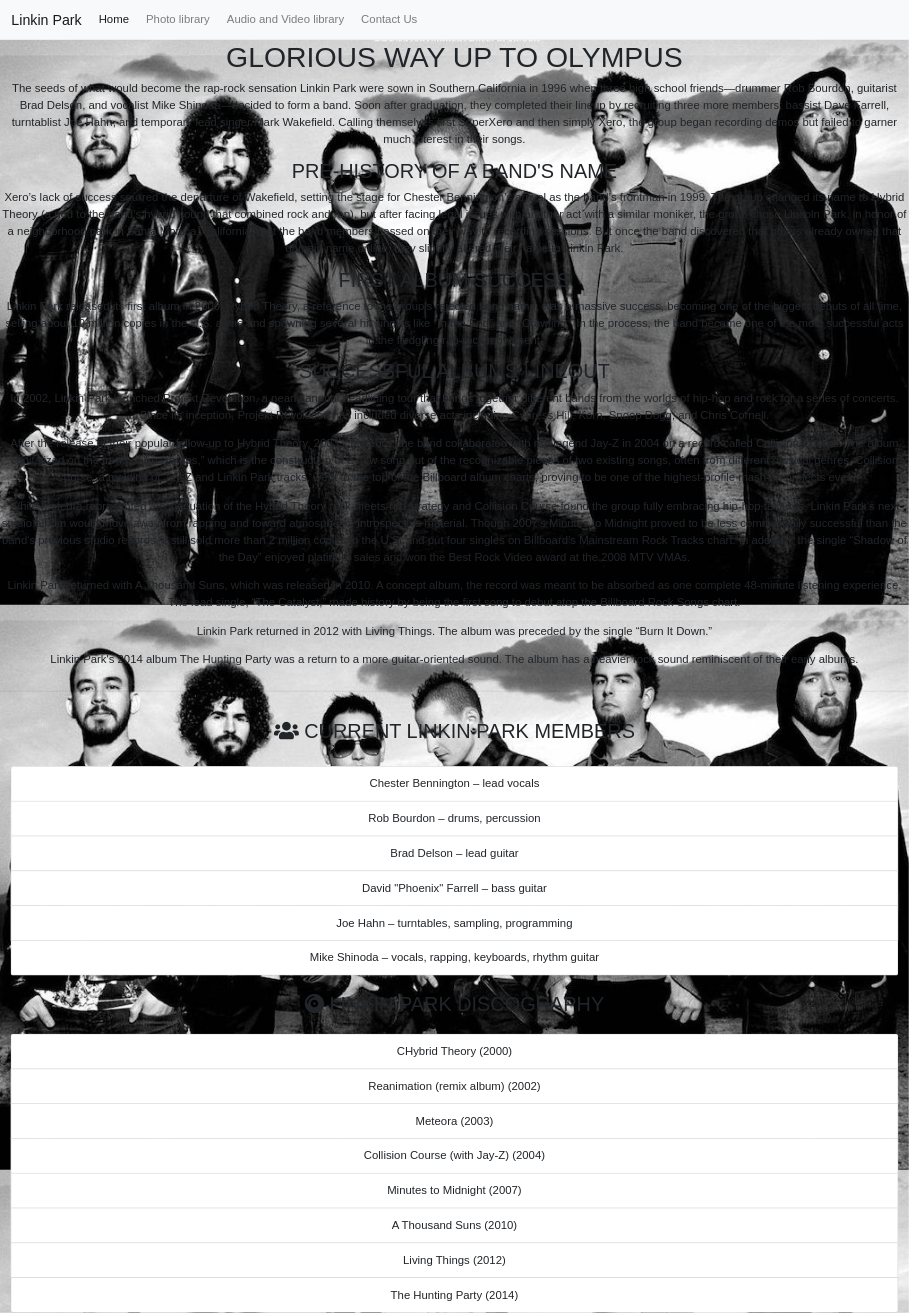
Repository: vaida898/website
Page: index.html
The author's editor kept a record of every edit. The page is drawn from the files as they stood at one moment, then again after the next edit.
The browser window is 1280 px wide. The page is 1295 px wide, so the pictures cover 1295 px, including what lies to the right of the window. The pictures show the whole page, at 71% of full size.
Backgrounds fixed to the window are drawn as part of the page. Some web libraries are served in a nearby version.

Above is the page before.
Console error: TypeError: Cannot read properties of undefined (reading 'fn')

### index.html
<!DOCTYPE html>
<html lang="en">

<head>
    <meta charset="UTF-8">
    <meta name="viewport" content="width=device-width, initial-scale=1.0">
    <meta http-equiv="X-UA-Compatible" content="ie=edge">
    <title>LinkinPark website</title>

    <link rel="stylesheet" href="https://stackpath.bootstrapcdn.com/bootstrap/4.3.1/css/bootstrap.min.css" integrity="sha384-ggOyR0iXCbMQv3Xipma34MD+dH/1fQ784/j6cY/iJTQUOhcWr7x9JvoRxT2MZw1T" crossorigin="anonymous">
    <script src="https://stackpath.bootstrapcdn.com/bootstrap/4.3.1/js/bootstrap.min.js" integrity="sha384-JjSmVgyd0p3pXB1rRibZUAYoIIy6OrQ6VrjIEaFf/nJGzIxFDsf4x0xIM+B07jRM" crossorigin="anonymous"></script>
    <link rel="stylesheet" href="https://use.fontawesome.com/releases/v5.6.1/css/all.css" integrity="sha384-gfdkjb5BdAXd+lj+gudLWI+BXq4IuLW5IT+brZEZsLFm++aCMlF1V92rMkPaX4PP" crossorigin="anonymous">
    <link href="https://fonts.googleapis.com/css?family=Open+Sans:400,700&display=swap" rel="stylesheet"> <!-- Google font "Ubuntu" -->
    <link rel="stylesheet" href="css/style.css" type="text/css" />

</head>

<body>

    <!-- Navigation bar -->

    <nav class="navbar navbar-light bg-light navbar-expand-sm">
        <a href="/" class="navbar-brand">Linkin Park</a>

        <button class="navbar-toggler ml-auto" type="button" data-toggle="collapse" data-target="#navbarNavDropdown" aria-controls="navbarNavDropdown" aria-expanded="false" aria-label="Toggle navigation">
        <span class="navbar-toggler-icon"></span></button>

        <div class="collapse navbar-collapse" id="navbarNavDropdown">
            <ul class="navbar-nav mr-auto">
                <li class="active nav-item mr-2"><a class="nav-link" href="/">Home</a></li>
                <li class="nav-item mr-2"><a class="nav-link" href="/Photo library">Photo library</a></li>
                <li class="nav-item mr-2"><a class="nav-link" href="/Audio and Video library">Audio and Video library</a></li>
                <li class="nav-item mr-2"><a class="nav-link" href="/Contact Us">Contact Us</a></li>
            </ul>
        </div>
    </nav>

    <div class="history-container">
        <div class="row">
            <div class="col-12">
                <section class="About Us text-center">
                    <h1 class="text-uppercase">Glorious way up to olympus</h1>
                    <p>The seeds of what would become the rap-rock sensation Linkin Park were sown in Southern California in 1996 when three high school friends—drummer Rob Bourdon, guitarist Brad Delson, and vocalist Mike Shinoda—decided to form a band.
                        Soon after graduation, they completed their lineup by recruiting three more members: bassist Dave Farrell, turntablist Joe Hahn, and temporary lead singer Mark Wakefield. Calling themselves first SuperXero and then simply Xero,
                        the group began recording demos but failed to garner much interest in their songs.</p>

                    <h3 class="text-uppercase">Pre-history of a band's name</h3>
                    <p>Xero’s lack of success spurred the departure of Wakefield, setting the stage for Chester Bennington’s arrival as the band’s frontman in 1999. The group changed its name to Hybrid Theory (a nod to the band’s hybrid sound that combined
                        rock and rap), but after facing legal issues with another act with a similar moniker, the group chose Lincoln Park, in honor of a neighborhood park in Santa Monica, California, that the band members passed on their way to recording
                        sessions. But once the band discovered that others already owned that domain name online, they slightly altered their name to Linkin Park.</p>

                    <h3 class="text-uppercase">First Album success</h3>
                    <p>Linkin Park released its first album in 2000. Hybrid Theory, a reference to the group’s rejected band name, was a massive success, becoming one of the biggest debuts of all time, selling about 10 million copies in the U.S. alone and
                        spawning several hit singles like “In the End” and “Crawling.” In the process, the band became one of the most successful acts in the fledgling rap-rock movement.</p>

                    <h3 class="text-uppercase">Successful albums lineout</h3>
                    <p>In 2002, Linkin Park launched Projekt Revolution, a nearly annual headlining tour that brings together different bands from the worlds of hip-hop and rock for a series of concerts. Since its inception, Projekt Revolution has included
                        diverse acts including Cypress Hill, Korn, Snoop Dogg, and Chris Cornell.</p>

                    <p>After the release of their popular follow-up to Hybrid Theory, 2003’s Meteora, the band collaborated with rap legend Jay-Z in 2004 on a record called Collision Course. The album capitalized on the trend of “mash-ups,” which is the
                        construction of a new song out of the recognizable pieces of two existing songs, often from different musical genres. Collision Course, a melding of Jay-Z and Linkin Park tracks, went to the top of the Billboard album charts, proving
                        to be one of the highest-profile mash-up projects ever.</p>

                    <p>While Meteora represented a continuation of the Hybrid Theory rock-meets-rap strategy and Collision Course found the group fully embracing hip-hop textures, Linkin Park’s next studio album would move away from rapping and toward atmospheric,
                        introspective material. Though 2007’s Minutes to Midnight proved to be less commercially successful than the band's previous studio records, it still sold more than 2 million copies in the U.S. and put four singles on Billboard’s
                        Mainstream Rock Tracks chart. In addition, the single “Shadow of the Day” enjoyed platinum sales and won the Best Rock Video award at the 2008 MTV VMAs.</p>

                    <p>Linkin Park returned with A Thousand Suns, which was released in 2010. A concept album, the record was meant to be absorbed as one complete 48-minute listening experience. The lead single, “The Catalyst,” made history by being the
                        first song to debut atop the Billboard Rock Songs chart.</p>

                    <p>Linkin Park returned in 2012 with Living Things. The album was preceded by the single “Burn It Down.”</p>

                    <p>Linkin Park's 2014 album The Hunting Party was a return to a more guitar-oriented sound. The album has a heavier rock sound reminiscent of their early albums.</p>
                </section>
            </div>
        </div>

        <hr>


        <section class="Band members text-center">
            <div class="row">
                <div class="col-12 col-md-12 my-4">
                    <h3 class="text-uppercase"><i class="fas fa-users d-none d-sm-inline"></i> Current Linkin Park members</h3>
                </div>
            </div>
            <div class="col-12 col-md-12">
                <ul class="list-group">
                    <li class="list-group-item">Chester Bennington – lead vocals</li>
                    <li class="list-group-item">Rob Bourdon – drums, percussion</li>
                    <li class="list-group-item">Brad Delson – lead guitar</li>
                    <li class="list-group-item">David "Phoenix" Farrell – bass guitar</li>
                    <li class="list-group-item">Joe Hahn – turntables, sampling, programming</li>
                    <li class="list-group-item">Mike Shinoda – vocals, rapping, keyboards, rhythm guitar</li>
                </ul>
            </div>
        </section>

        <section class="Band discography text-center">
            <div class="col-12 col-md-12 my-4">
                <h3 class="text-uppercase"><i class="fas fa-compact-disc d-none d-sm-inline"></i> Linkin Park discography</h3>
            </div>
            <div class="col-12 col-md-12">
                <ul class="list-group">
                    <li class="list-group-item">CHybrid Theory (2000)</li>
                    <li class="list-group-item">Reanimation (remix album) (2002)</li>
                    <li class="list-group-item">Meteora (2003)</li>
                    <li class="list-group-item">Collision Course (with Jay-Z) (2004)</li>
                    <li class="list-group-item">Minutes to Midnight (2007)</li>
                    <li class="list-group-item">A Thousand Suns (2010)</li>
                    <li class="list-group-item">Living Things (2012)</li>
                    <li class="list-group-item">The Hunting Party (2014)</li>
                </ul>
            </div>
        </section>

    </article>

    <script src="https://code.jquery.com/jquery-3.3.1.slim.min.js" integrity="sha384-q8i/X+965DzO0rT7abK41JStQIAqVgRVzpbzo5smXKp4YfRvH+8abtTE1Pi6jizo" crossorigin="anonymous"></script>
    <script src="https://cdnjs.cloudflare.com/ajax/libs/popper.js/1.14.7/umd/popper.min.js" integrity="sha384-UO2eT0CpHqdSJQ6hJty5KVphtPhzWj9WO1clHTMGa3JDZwrnQq4sF86dIHNDz0W1" crossorigin="anonymous"></script>
    <script src="https://stackpath.bootstrapcdn.com/bootstrap/4.3.1/js/bootstrap.min.js" integrity="sha384-JjSmVgyd0p3pXB1rRibZUAYoIIy6OrQ6VrjIEaFf/nJGzIxFDsf4x0xIM+B07jRM" crossorigin="anonymous"></script>

</body>

</html>

### css/style.css
body {
    font-family: 'Ubuntu', sans-serif;
}

.history-container {

    background: url(../images/background.jpg) no-repeat center center fixed;
    -webkit-background-size: cover;
    -moz-background-size: cover;
    -o-background-size: cover;
    background-size: cover;
}

.members-container {}

.discography-container {}

After the next edit:
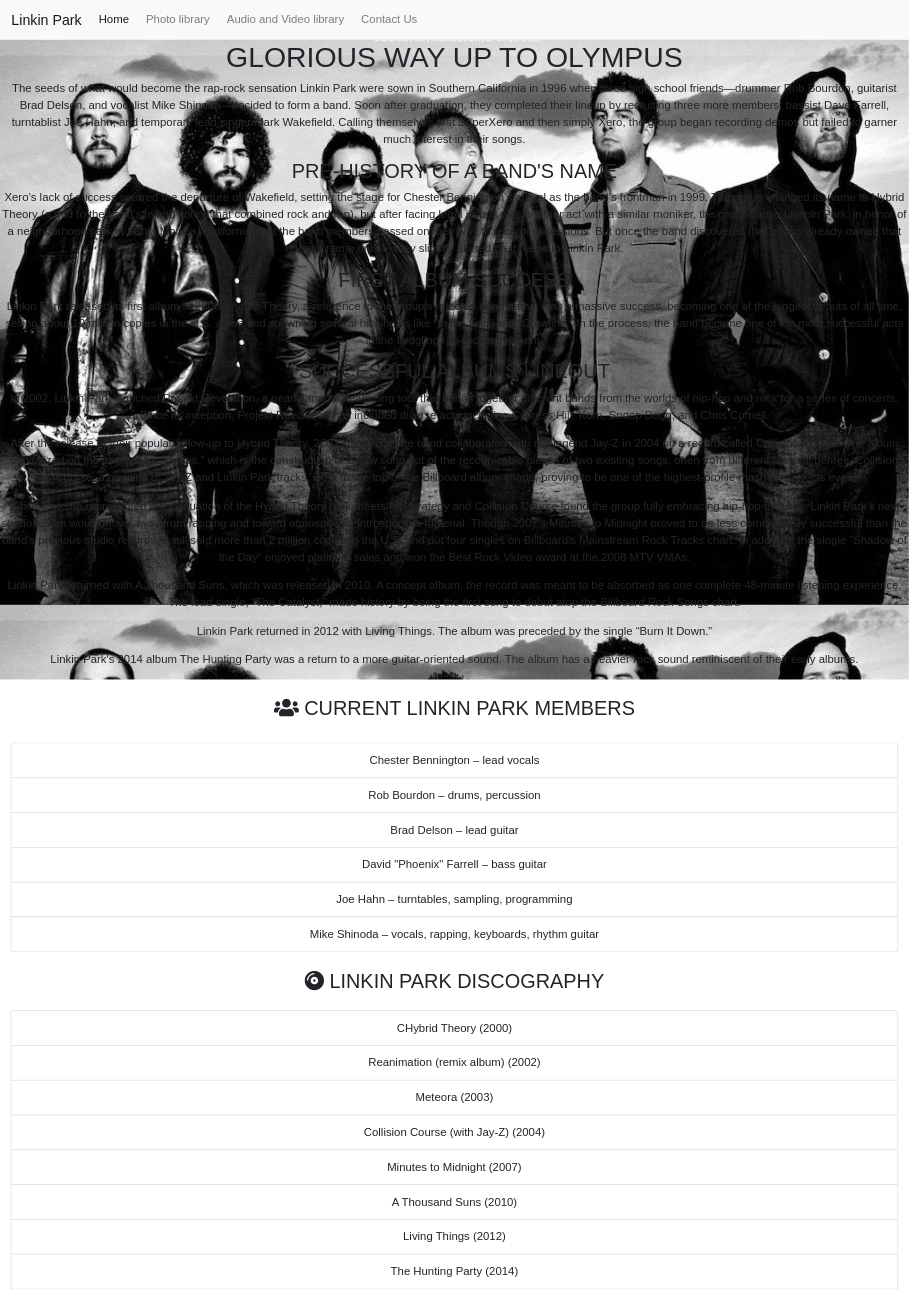
The edit:
--- a/index.html
+++ b/index.html
@@ -10,7 +10,8 @@
     <link rel="stylesheet" href="https://stackpath.bootstrapcdn.com/bootstrap/4.3.1/css/bootstrap.min.css" integrity="sha384-ggOyR0iXCbMQv3Xipma34MD+dH/1fQ784/j6cY/iJTQUOhcWr7x9JvoRxT2MZw1T" crossorigin="anonymous">
     <script src="https://stackpath.bootstrapcdn.com/bootstrap/4.3.1/js/bootstrap.min.js" integrity="sha384-JjSmVgyd0p3pXB1rRibZUAYoIIy6OrQ6VrjIEaFf/nJGzIxFDsf4x0xIM+B07jRM" crossorigin="anonymous"></script>
     <link rel="stylesheet" href="https://use.fontawesome.com/releases/v5.6.1/css/all.css" integrity="sha384-gfdkjb5BdAXd+lj+gudLWI+BXq4IuLW5IT+brZEZsLFm++aCMlF1V92rMkPaX4PP" crossorigin="anonymous">
-    <link href="https://fonts.googleapis.com/css?family=Open+Sans:400,700&display=swap" rel="stylesheet"> <!-- Google font "Ubuntu" -->
+    <link href="https://fonts.googleapis.com/css?family=Open+Sans:400,700&display=swap" rel="stylesheet">
+    <!-- Google font "Ubuntu" -->
     <link rel="stylesheet" href="css/style.css" type="text/css" />
 
 </head>
@@ -74,45 +75,44 @@
                 </section>
             </div>
         </div>
+    </div>
 
-        <hr>
+    <div class="members-container">
+    <section class="Band members text-center">
+        <div class="row">
+            <div class="col-12 col-md-12 my-4">
+                <h3 class="text-uppercase"><i class="fas fa-users d-none d-sm-inline"></i> Current Linkin Park members</h3>
+            </div>
+        </div>
+        <div class="col-12 col-md-12">
+            <ul class="list-group">
+                <li class="list-group-item">Chester Bennington – lead vocals</li>
+                <li class="list-group-item">Rob Bourdon – drums, percussion</li>
+                <li class="list-group-item">Brad Delson – lead guitar</li>
+                <li class="list-group-item">David "Phoenix" Farrell – bass guitar</li>
+                <li class="list-group-item">Joe Hahn – turntables, sampling, programming</li>
+                <li class="list-group-item">Mike Shinoda – vocals, rapping, keyboards, rhythm guitar</li>
+            </ul>
+        </div>
+    </section>
 
-
-        <section class="Band members text-center">
-            <div class="row">
-                <div class="col-12 col-md-12 my-4">
-                    <h3 class="text-uppercase"><i class="fas fa-users d-none d-sm-inline"></i> Current Linkin Park members</h3>
-                </div>
-            </div>
-            <div class="col-12 col-md-12">
-                <ul class="list-group">
-                    <li class="list-group-item">Chester Bennington – lead vocals</li>
-                    <li class="list-group-item">Rob Bourdon – drums, percussion</li>
-                    <li class="list-group-item">Brad Delson – lead guitar</li>
-                    <li class="list-group-item">David "Phoenix" Farrell – bass guitar</li>
-                    <li class="list-group-item">Joe Hahn – turntables, sampling, programming</li>
-                    <li class="list-group-item">Mike Shinoda – vocals, rapping, keyboards, rhythm guitar</li>
-                </ul>
-            </div>
-        </section>
-
-        <section class="Band discography text-center">
-            <div class="col-12 col-md-12 my-4">
-                <h3 class="text-uppercase"><i class="fas fa-compact-disc d-none d-sm-inline"></i> Linkin Park discography</h3>
-            </div>
-            <div class="col-12 col-md-12">
-                <ul class="list-group">
-                    <li class="list-group-item">CHybrid Theory (2000)</li>
-                    <li class="list-group-item">Reanimation (remix album) (2002)</li>
-                    <li class="list-group-item">Meteora (2003)</li>
-                    <li class="list-group-item">Collision Course (with Jay-Z) (2004)</li>
-                    <li class="list-group-item">Minutes to Midnight (2007)</li>
-                    <li class="list-group-item">A Thousand Suns (2010)</li>
-                    <li class="list-group-item">Living Things (2012)</li>
-                    <li class="list-group-item">The Hunting Party (2014)</li>
-                </ul>
-            </div>
-        </section>
+    <section class="Band discography text-center">
+        <div class="col-12 col-md-12 my-4">
+            <h3 class="text-uppercase"><i class="fas fa-compact-disc d-none d-sm-inline"></i> Linkin Park discography</h3>
+        </div>
+        <div class="col-12 col-md-12">
+            <ul class="list-group">
+                <li class="list-group-item">CHybrid Theory (2000)</li>
+                <li class="list-group-item">Reanimation (remix album) (2002)</li>
+                <li class="list-group-item">Meteora (2003)</li>
+                <li class="list-group-item">Collision Course (with Jay-Z) (2004)</li>
+                <li class="list-group-item">Minutes to Midnight (2007)</li>
+                <li class="list-group-item">A Thousand Suns (2010)</li>
+                <li class="list-group-item">Living Things (2012)</li>
+                <li class="list-group-item">The Hunting Party (2014)</li>
+            </ul>
+        </div>
+    </section>
 
     </article>
 
